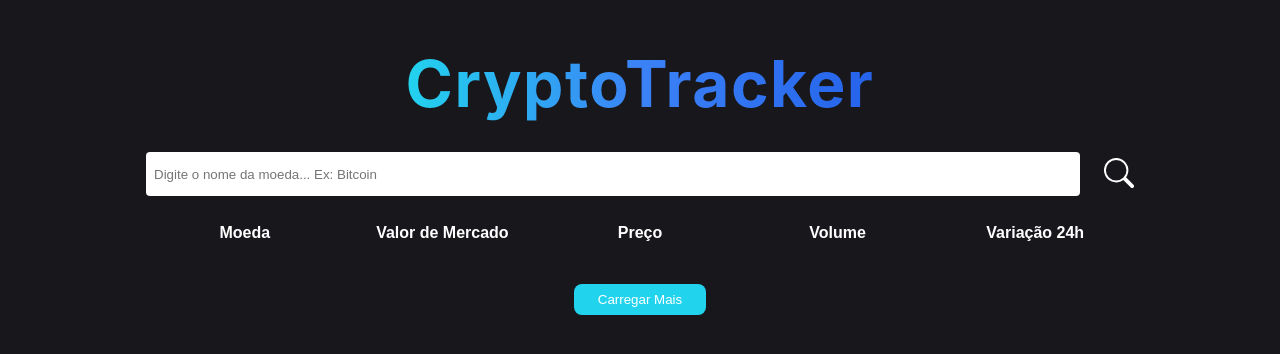
Repository: GabrielPertelCorti/crypto-tracker
Page: /
The author's editor kept a copy of each file at every save. The page is drawn from the files as they stood at one save, then again after a run of saves.
The browser window is 1280 px wide. The pictures show the whole page.
The page's requests for data from a server got no answer. The project was rebuilt for these pictures with package versions that can differ from the ones it lists, and the page was loaded fresh each time. No one was signed in, and anything a server would have sent is missing. Also part of the build but not shown: vite.config.ts, src/pages/notFound/index.tsx.

Above is the page before, as saved 2026-03-13 15:06:42.

After the next 2 saves:
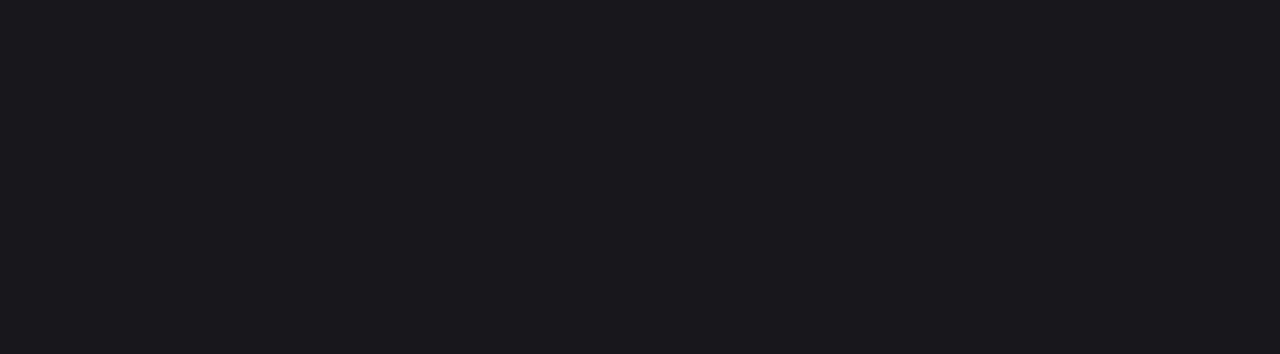
Console error: ReferenceError: type is not defined
The 2 saves are shown as one change because they came seconds apart.
The last was saved 8 s later.
--- a/src/pages/detail/index.tsx
+++ b/src/pages/detail/index.tsx
@@ -9,6 +9,8 @@
 interface ErrorData{
   error: string;
 }
+
+type
 
 export default function Detail() {
 

After the 2 saves that followed:
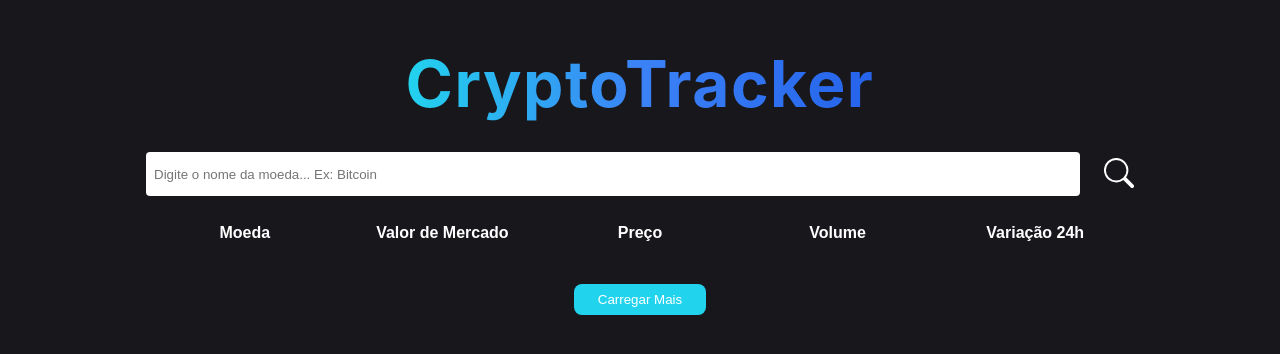
The error is gone.
The 2 saves are shown as one change because 1 did not build or start.
The last was saved 9 s later.
--- a/src/pages/detail/index.tsx
+++ b/src/pages/detail/index.tsx
@@ -10,7 +10,7 @@
   error: string;
 }
 
-type
+type DataProps = ResponseData | ErrorData;
 
 export default function Detail() {
 
